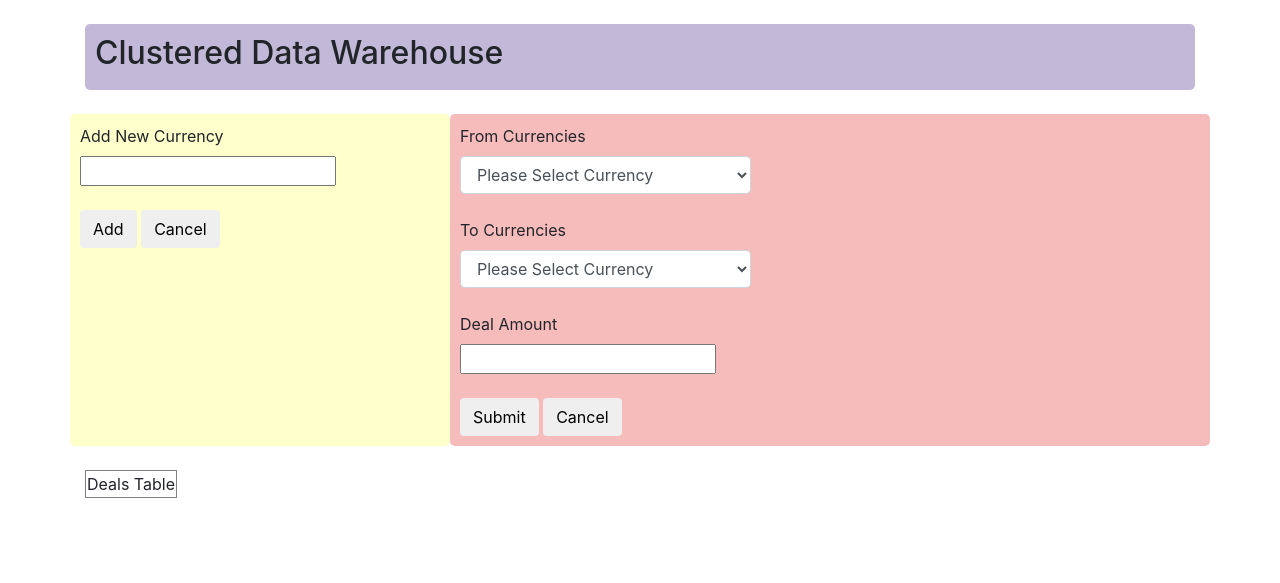
Repository: AlhassanAbuGhazaleh/ProgressSoftProject
Page: http://localhost/Clustered_Data__Alhasan_Abu_Ghazaleh_/WEB-INF/views/home.jsp
These files come from the project's save history. The page is drawn as it stood at one moment and after the next save; the edit follows.
The browser window is 1280 px wide. The pictures show the whole page.
The page is served by Tomcat 9. Nobody is signed in. The template is opened directly, without the code that normally fills it, so the values that code supplies are empty.

Above is the page before, as saved 2020-10-10 08:36:15.
Console error: ReferenceError: $ is not defined

After the next save:
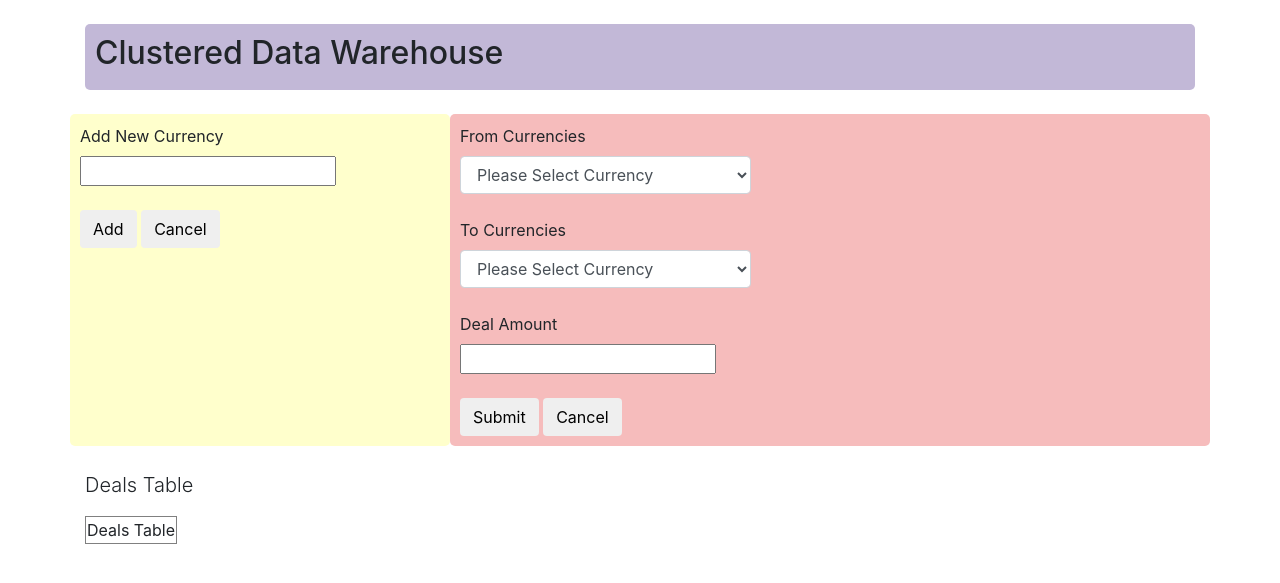
Saved 13 min 40 s later.
--- a/Clustered Data (Alhasan Abu Ghazaleh)/src/main/webapp/WEB-INF/views/home.jsp
+++ b/Clustered Data (Alhasan Abu Ghazaleh)/src/main/webapp/WEB-INF/views/home.jsp
@@ -107,6 +107,7 @@
 	</div>
 	<br>
 	<div class="container">
+		<p class="lead">Deals Table</p>
 		<div class="form-group">
 			<table id="currenciesTable" border="1">
 				<thead class="dataTableHeader">
